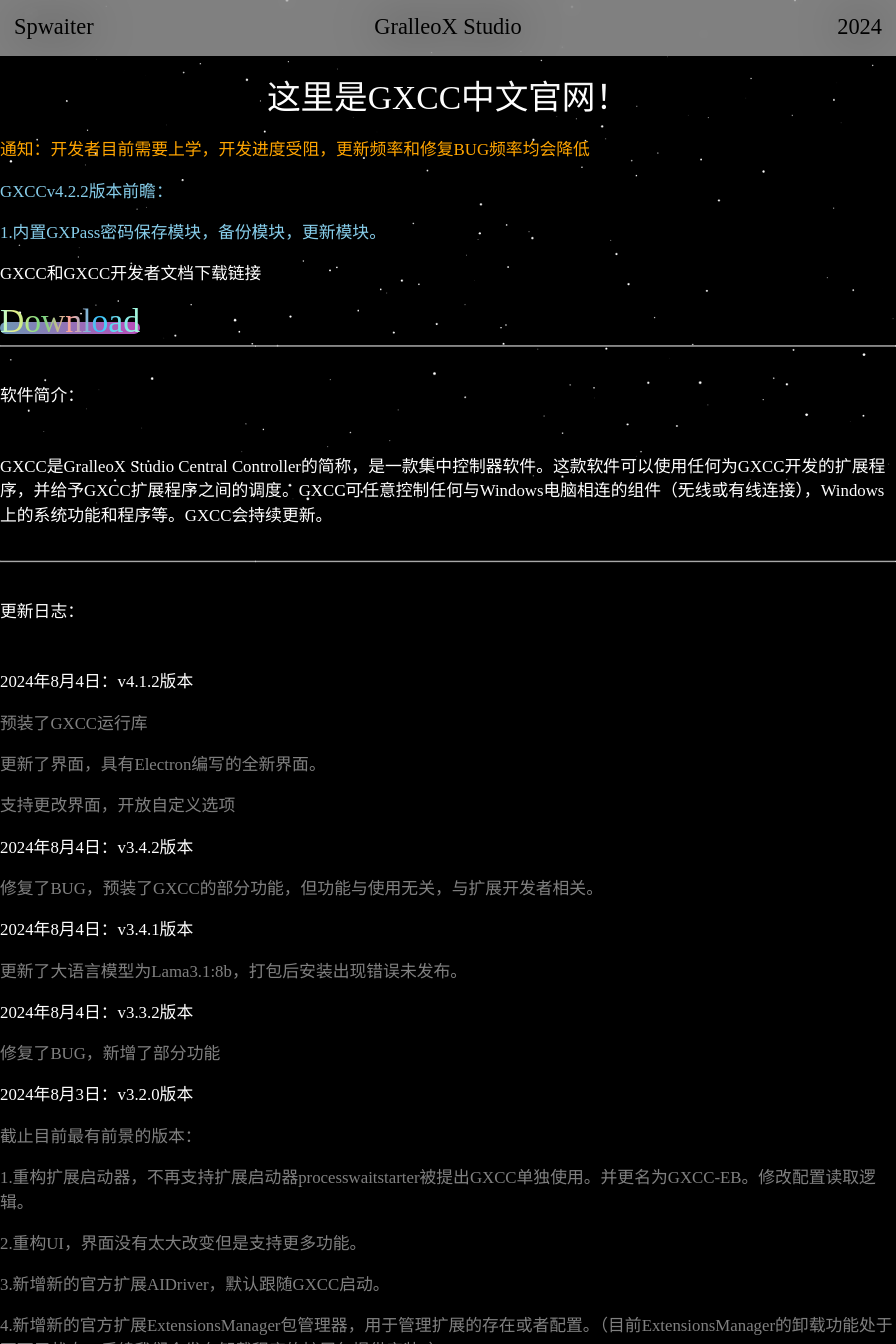
Repository: Lisu-Liso/GXCC
Page: index.html
The author's editor kept a copy of each file at every save. The page is drawn from the files as they stood at one save, then again after the next save.
The browser window is 1280 px wide. The pictures show the part of the page from y = 0 to 1920 px (the page is 4066 px tall before and 4117 px after), at 70% of full size.

Above is the page before, as saved 2024-10-05 21:17:07.

After the next save:
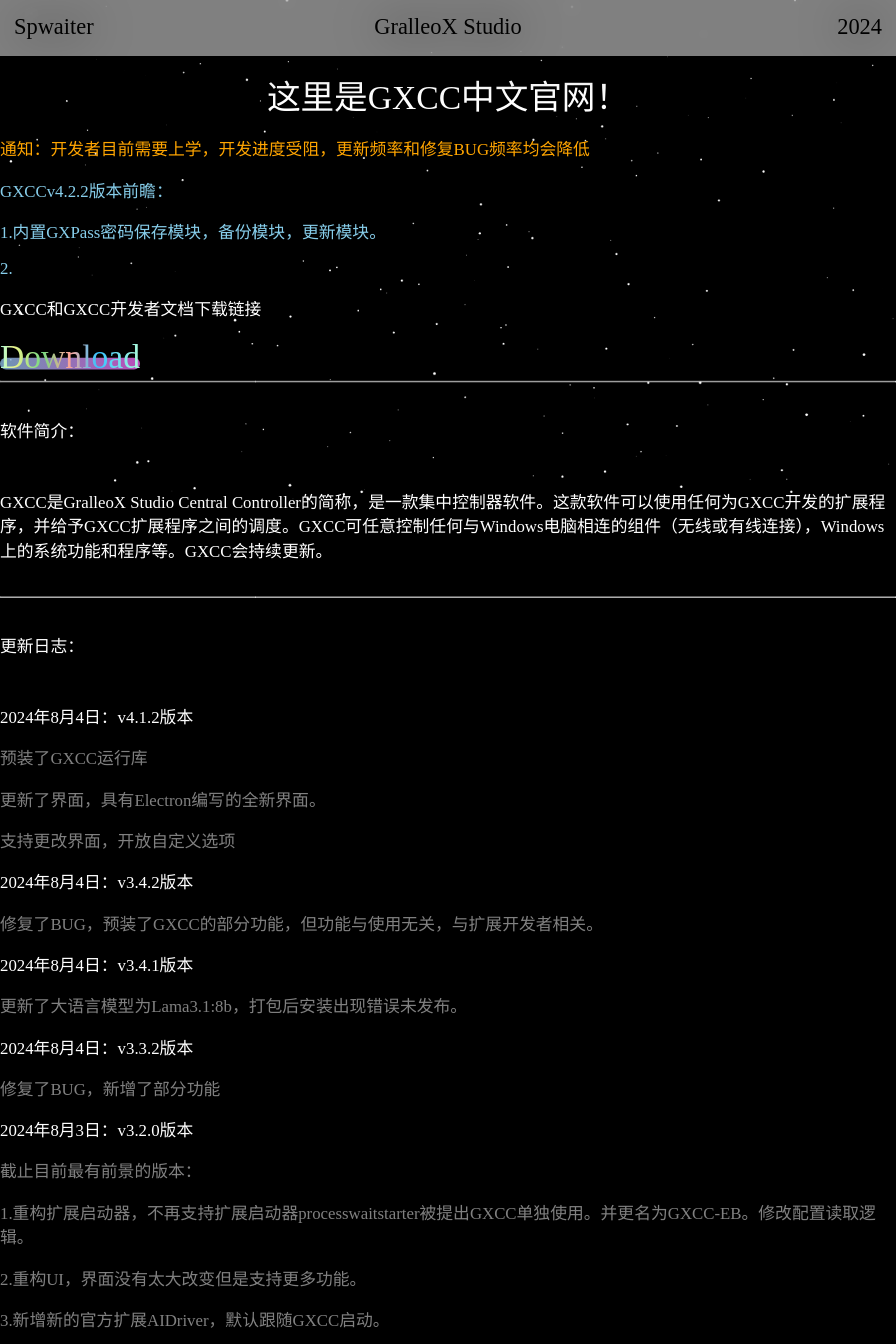
Saved 6 s later.
--- a/index.html
+++ b/index.html
@@ -277,6 +277,7 @@
         <p class="normaltext" style="color: orange;">通知：开发者目前需要上学，开发进度受阻，更新频率和修复BUG频率均会降低</p>
         <p class="normaltext" style="color: skyblue;">GXCCv4.2.2版本前瞻：</p>
         <p class="normaltext" style="color: skyblue;">1.内置GXPass密码保存模块，备份模块，更新模块。</p>
+        <p class="normaltext" style="color: skyblue;">2.</p>
         <p class="normaltext">GXCC和GXCC开发者文档下载链接</p>
         <a class="newbutton" onclick="join_us()"><font class="article-header--title" size="7">Download</font></a>
         <div class="black_board" id="bb"></div>
